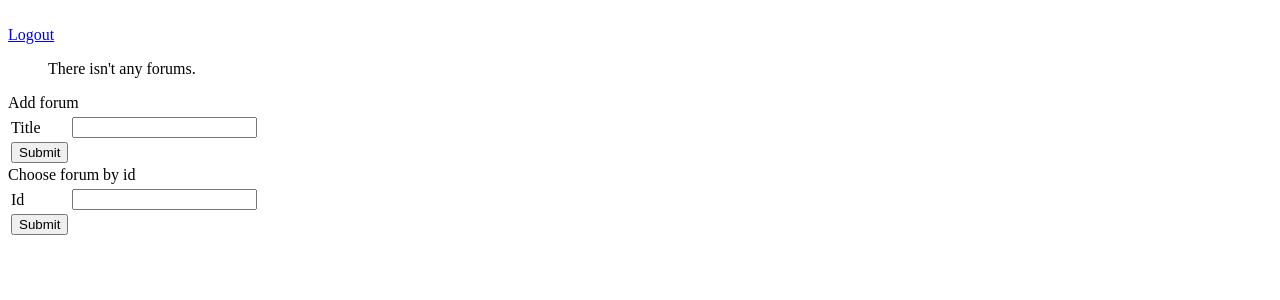
Repository: TeodorZlatev/Homework
Page: http://localhost/Web/forum.jsp
The author's editor kept a copy of each file at every save. The page is drawn from the files as they stood at one save, then again after the next save.
The browser window is 1280 px wide. The pictures show the whole page.
The page is served by Tomcat 9. Queries for data that is not in the repository find no rows.

Above is the page before, as saved 2016-04-25 14:55:02.

After the next save:
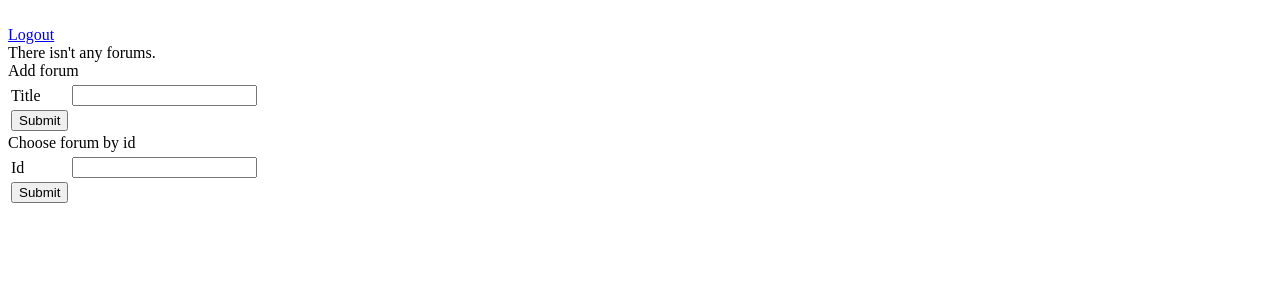
Saved 28 s later.
--- a/HomeworkWeb/Web/WebContent/forum.jsp
+++ b/HomeworkWeb/Web/WebContent/forum.jsp
@@ -13,7 +13,7 @@
 	<br />
 	<a href="Logout">Logout</a>
 	<br />
-	<ul style="list-style-type: square">
+	<ul">
 		<%
 			List<Forum> list = DBManager.getAllForums();
 			if (list.size() == 0) {
@@ -23,7 +23,7 @@
 		%>
 		<li>
 			<%
-				out.println(list.get(i).getId() + " " + list.get(i).getTitle());
+				out.println(list.get(i).getId() + ". " + list.get(i).getTitle());
 				}
 			%>
 		</li>
